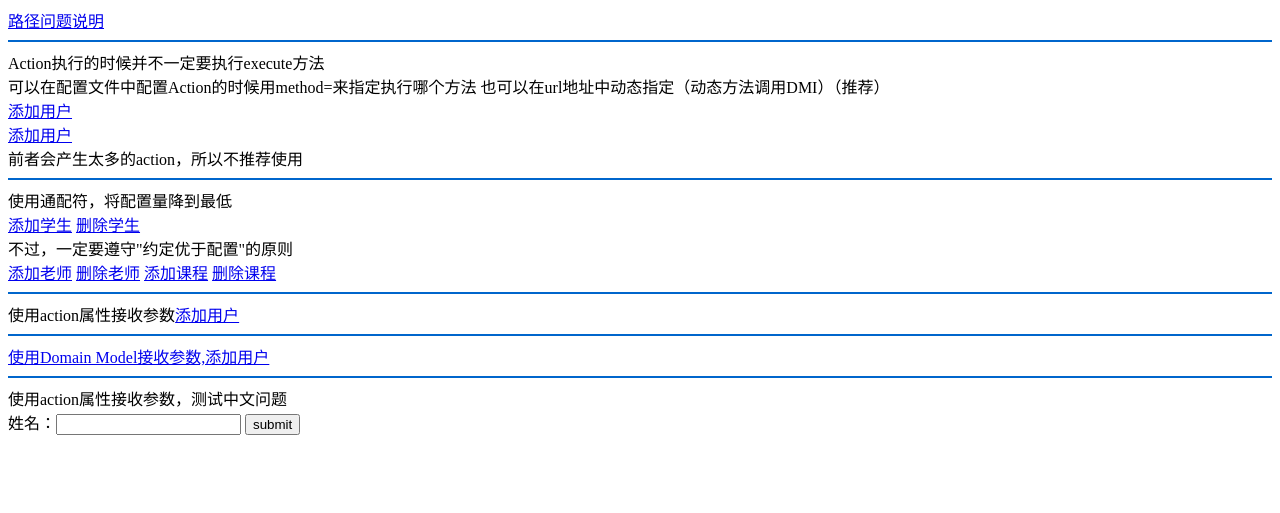
Repository: chellong/StrutsBasic
Page: http://localhost/Struts2.3Sx_1/
An editor plug-in stored every save of this project. The page is shown before and after the next save, followed by the edit.
The browser window is 1280 px wide. The pictures show the whole page.
The page is served by Tomcat 9. Nobody is signed in. The application's start-up code is not run.

Above is the page before, as saved 2016-01-23 13:34:45.

After the next save:
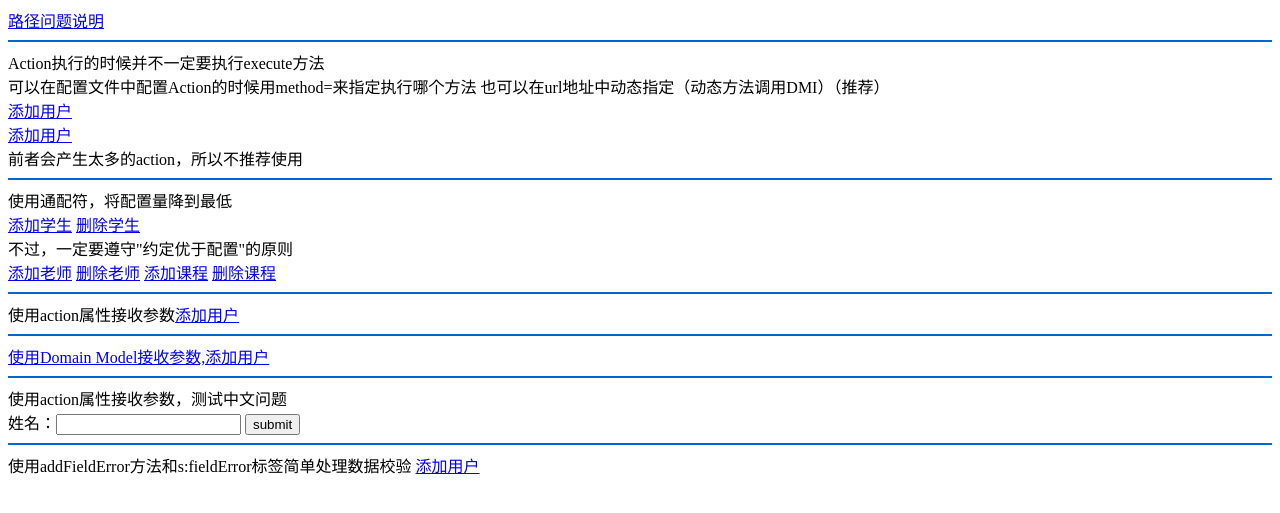
Saved 11 min 14 s later.
--- a/Struts2.3Sx_1/WebContent/index.jsp
+++ b/Struts2.3Sx_1/WebContent/index.jsp
@@ -51,6 +51,10 @@
 	<form action="user/user_008" method="post">
 	姓名：<input type="text" name="name"></input>
 	<input type="submit" value="submit"/>
+<!-- 	数据验证 -->
+	<hr noshade color="#0066cc" />
+	使用addFieldError方法和s:fieldError标签简单处理数据校验
+	<a href="user/user!add?name=a" >添加用户</a>
 </form>
 </body>
 </html>
